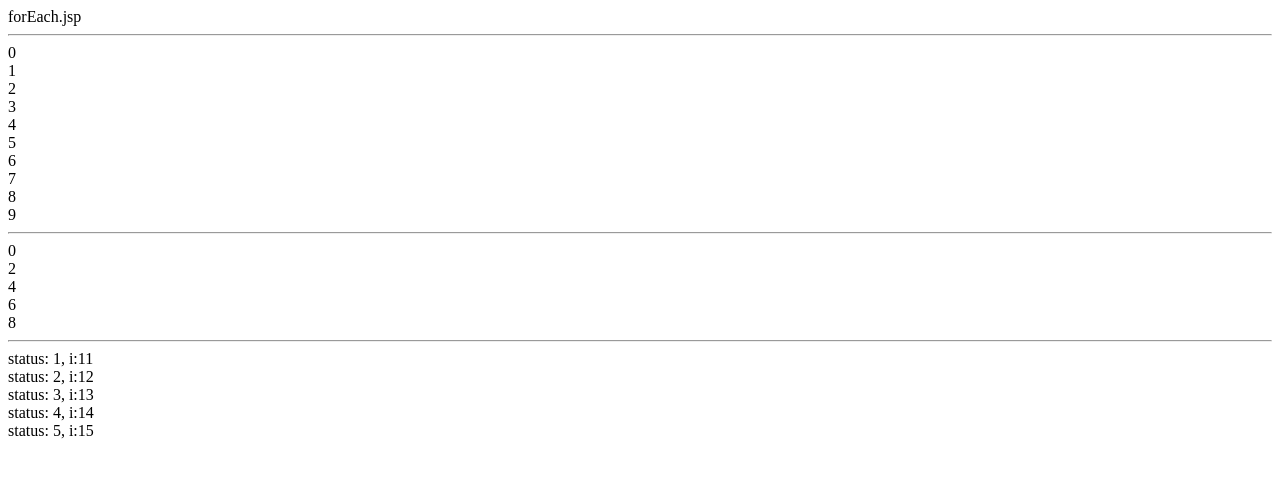
Repository: cartoon1110/KosaSwCourse
Page: http://localhost/JSPprogramming/ch11/forEach.jsp
These files come from the project's save history. The page is drawn as it stood at one moment and after the next save; the edit follows.
The browser window is 1280 px wide. The pictures show the whole page.
The page is served by Tomcat 9. Other server files are loaded and not shown.

Above is the page before, as saved 2015-08-29 08:09:55.

### workspace-web/JSPprogramming/WebContent/ch11/forEach.jsp
<%@ page contentType="text/html; charset=UTF-8"%>
<%@ page import="java.util.*" %>
<%@ taglib prefix="c" uri="http://java.sun.com/jsp/jstl/core" %>

<!DOCTYPE html >
<html>
	<head>
		<meta charset="UTF-8">
		<title>Insert title here</title>
	</head>


	<body>
		forEach.jsp
		<hr/>

		<c:forEach var="i" begin="0" end="9">
			${ i} <br/>
		</c:forEach>
		<hr/>


		<c:forEach var="i" begin="0" end="9" step="2">
			${ i} <br/>
		</c:forEach>

		<hr/>
		<%
		List<String> names=new ArrayList<String>();
		names.add("장자몽");
		names.add("덕이");
		names.add("망나니");

		request.setAttribute("names",names);
		%>

		<c:forEach var="i" begin="11" end="15" varStatus="status">
			status: ${status.count}, i:${i} <br/>
		</c:forEach>

	</body>
</html>

After the next save:
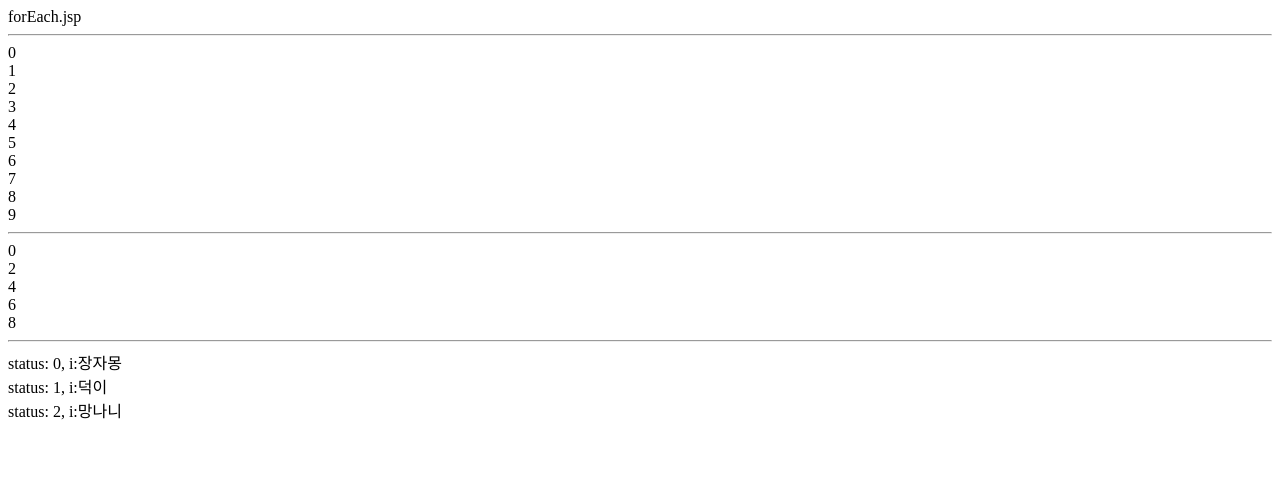
Saved 81 s later.
--- a/workspace-web/JSPprogramming/WebContent/ch11/forEach.jsp
+++ b/workspace-web/JSPprogramming/WebContent/ch11/forEach.jsp
@@ -34,8 +34,8 @@
 		request.setAttribute("names",names);
 		%>
 
-		<c:forEach var="i" begin="11" end="15" varStatus="status">
-			status: ${status.count}, i:${i} <br/>
+		<c:forEach var="i" items="${names}" varStatus="status">
+			status: ${status.index}, i:${i} <br/>
 		</c:forEach>
 
 	</body>
